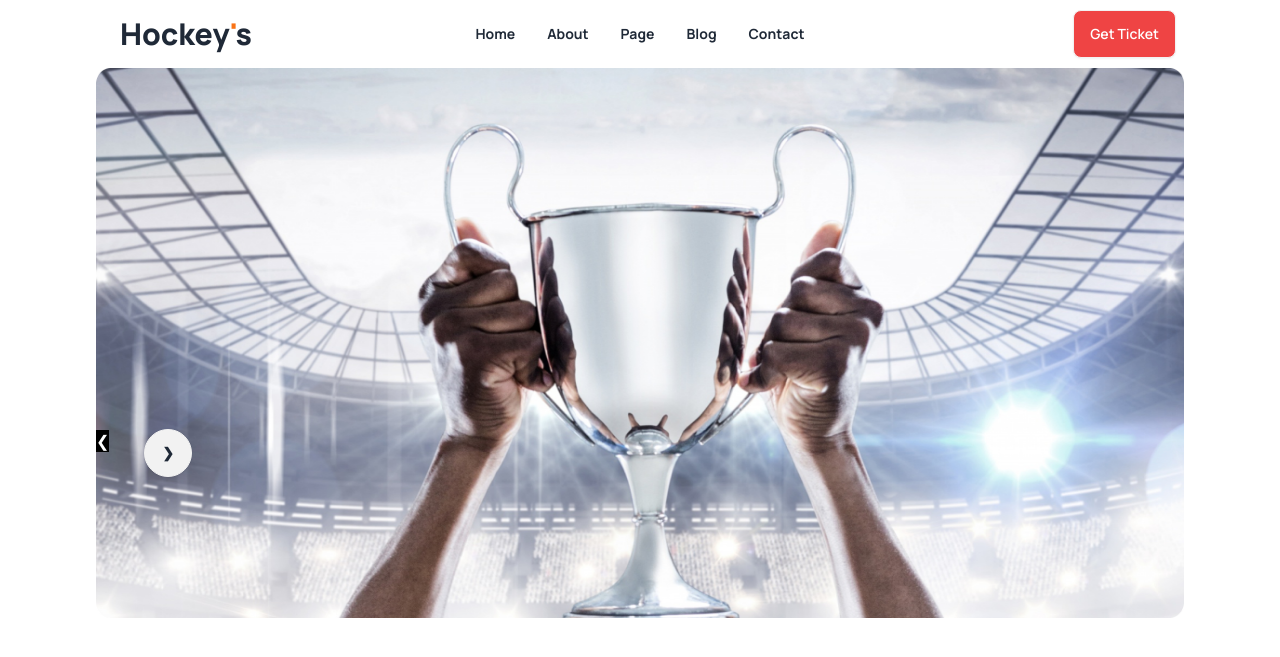
Repository: RudrasahaDibos/Hockey-
Page: index.html
An editor plug-in stored every save of this project. The page is shown before and after a run of saves, followed by the edit.
The browser window is 1280 px wide. The pictures show the whole page.
Some web libraries are served in a nearby version.

Above is the page before, as saved 2024-10-23 19:18:06.

### index.html
<!DOCTYPE html>
<html lang="en">
<head>
    <meta charset="UTF-8">
    <meta name="viewport" content="width=device-width, initial-scale=1.0">
    <title>Hockeys</title>
    <!-- Tailwinds css -->
    <link href="https://cdn.jsdelivr.net/npm/daisyui@4.12.13/dist/full.min.css" rel="stylesheet" type="text/css" />
    <script src="https://cdn.tailwindcss.com"></script>
    <!-- Font asome -->
    <link rel="stylesheet" href="https://cdnjs.cloudflare.com/ajax/libs/font-awesome/6.6.0/css/all.min.css" integrity="sha512-Kc323vGBEqzTmouAECnVceyQqyqdsSiqLQISBL29aUW4U/M7pSPA/gEUZQqv1cwx4OnYxTxve5UMg5GT6L4JJg==" crossorigin="anonymous" referrerpolicy="no-referrer" />
   <!-- tailwind custom css -->
   <script>
    tailwind.config = {
      theme: {
        extend: {
          colors: {
            clifford: '#da373d',
          }
        }
      }
    }
  </script>
  <!-- google Font  -->
  <link rel="preconnect" href="https://fonts.googleapis.com">
  <link rel="preconnect" href="https://fonts.gstatic.com" crossorigin>
  <link href="https://fonts.googleapis.com/css2?family=Manrope:wght@200..800&display=swap" rel="stylesheet">

  <style>
.manrope {
  font-family: "Manrope", serif;
}
  </style>

</head>
<body class="manrope">
    <!-- header section start here -->
       <header class="container mx-auto lg:px-24 px-8">
                 <!-- navber start here -->
                     <nav>
                        <div class="navbar bg-base-100">
                            <div class="navbar-start">
                              <div class="dropdown">
                                <div tabindex="0" role="button" class="  lg:hidden">
                                  <svg
                                    xmlns="http://www.w3.org/2000/svg"
                                    class="h-5 w-5"
                                    fill="none"
                                    viewBox="0 0 24 24"
                                    stroke="currentColor">
                                    <path
                                      stroke-linecap="round"
                                      stroke-linejoin="round"
                                      stroke-width="2"
                                      d="M4 6h16M4 12h8m-8 6h16" />
                                  </svg>
                                </div>
                                <ul
                                  tabindex="0"
                                  class="menu menu-sm dropdown-content bg-base-100 rounded-box z-[1] mt-3 w-52 p-2 shadow">

                                    <li><a>Home</a></li>
                                    <li><a>About</a></li>
                                    <li><a>Page</a></li>
                                    <li><a>Blog</a></li>
                                    <li><a>Contact</a></li>

                                </ul>
                              </div>

                              <a class=" ml-4 text-3xl font-extrabold ">Hockey<span class="text-orange-500">'</span>s</a>

                            </div>
                            <div class="navbar-center hidden lg:flex">
                              <ul class="menu menu-horizontal px-1">
                                <li class="hover:text-orange-500 font-bold"><a>Home</a></li>
                                <li  class="hover:text-orange-500 font-bold"><a>About</a></li>
                                <li  class="hover:text-orange-500 font-bold"><a>Page</a></li>
                                <li  class="hover:text-orange-500 font-bold"><a>Blog</a></li>
                                <li  class="hover:text-orange-500 font-bold"><a>Contact</a></li>
                              </ul>
                            </div>
                            <div class="navbar-end  lg:ml-0 ml-20">

                              <a class="btn bg-red-500 text-white  ">Get Ticket</a>
                            </div>
                          </div>
                     </nav>
                 <!-- navber end here -->

                  <!-- banner start here -->
                     <div>
                      <div class="carousel w-full">
                        <div id="slide1" class="carousel-item relative w-full ">
                          <img
                            src="Images/1.png"
                            class="w-full lg:h-[550px] " />
                          <div class="absolute lg:left-0 lg:right-0 lg:top-[60%] left-5 top-[60%] flex -translate-y-1/2 transform gap-4">
                            <div class=" h-8 w-8 rounded-full ">
                              <a href="#slide4" class="lg:btn lg:btn-circle bg-black text-white">❮</a>
                            </div>
                            <a href="#slide2" class="btn btn-circle ">❯</a>
                          </div>
                        </div>
                        <div id="slide2" class="carousel-item relative w-full">
                          <img
                            src="Images/2.png"
                            class="w-full" />
                          <div class="absolute left-5 right-5 top-1/2 flex -translate-y-1/2 transform justify-between">
                            <a href="#slide1" class="btn btn-circle">❮</a>
                            <a href="#slide3" class="btn btn-circle">❯</a>
                          </div>
                        </div>
                        <div id="slide3" class="carousel-item relative w-full">
                          <img
                            src="Images/3.png"
                            class="w-full" />
                          <div class="absolute left-5 right-5 top-1/2 flex -translate-y-1/2 transform justify-between">
                            <a href="#slide2" class="btn btn-circle">❮</a>
                            <a href="#slide4" class="btn btn-circle">❯</a>
                          </div>
                        </div>
                        <div id="slide4" class="carousel-item relative w-full">
                          <img
                            src="Images/4.png"
                            class="w-full" />
                          <div class="absolute left-5 right-5 top-1/2 flex -translate-y-1/2 transform justify-between">
                            <a href="#slide3" class="btn btn-circle">❮</a>
                            <a href="#slide1" class="btn btn-circle">❯</a>
                          </div>
                        </div>
                      </div>



                     </div>


                   <!-- banner end here -->
       </header>
       <!-- Header section End here -->

       <!-- Main secetion start here  -->
        <main>

        </main>
        <!-- main section end here -->

</body>
</html>

After the next 3 saves:
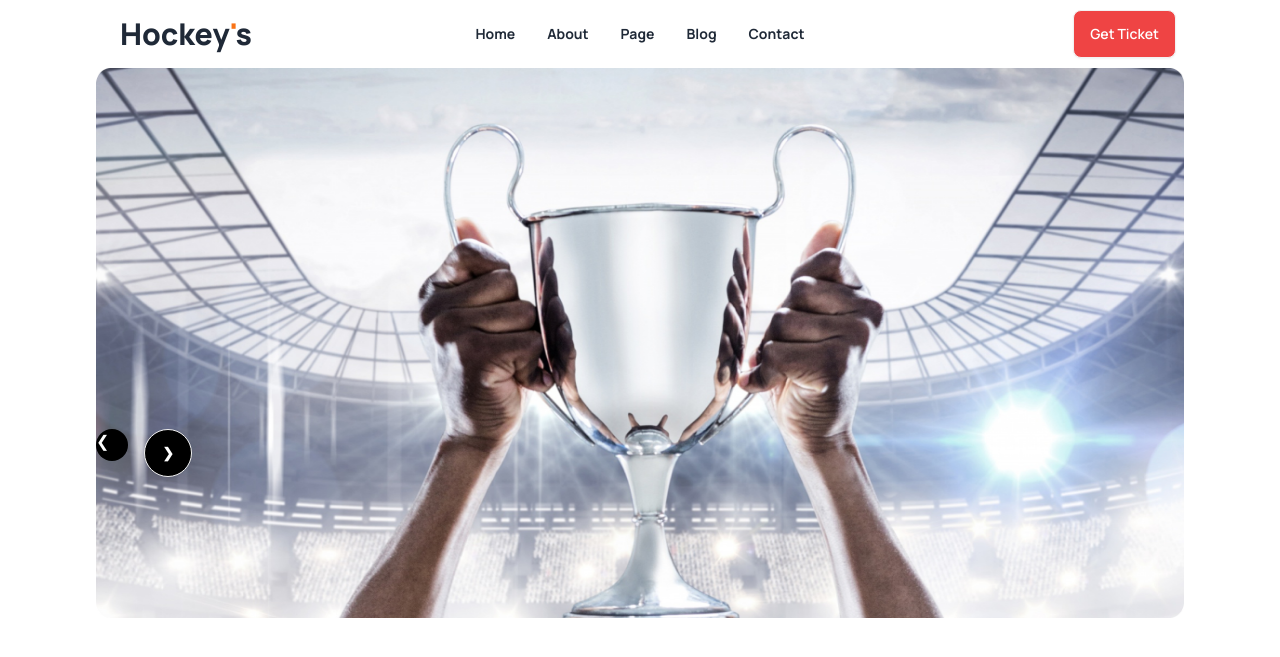
The 3 saves are shown as one change because they came seconds apart.
The last was saved 10 s later.
--- a/index.html
+++ b/index.html
@@ -96,10 +96,10 @@
                             src="Images/1.png"
                             class="w-full lg:h-[550px] " />
                           <div class="absolute lg:left-0 lg:right-0 lg:top-[60%] left-5 top-[60%] flex -translate-y-1/2 transform gap-4">
-                            <div class=" h-8 w-8 rounded-full ">
-                              <a href="#slide4" class="lg:btn lg:btn-circle bg-black text-white">❮</a>
+                            <div class=" h-8 w-8 rounded-full bg-black text-white ">
+                              <a href="#slide4" class="lg:btn lg:btn-circle ">❮</a>
                             </div>
-                            <a href="#slide2" class="btn btn-circle ">❯</a>
+                            <a href="#slide2" class="btn btn-circle bg-black text-white">❯</a>
                           </div>
                         </div>
                         <div id="slide2" class="carousel-item relative w-full">
